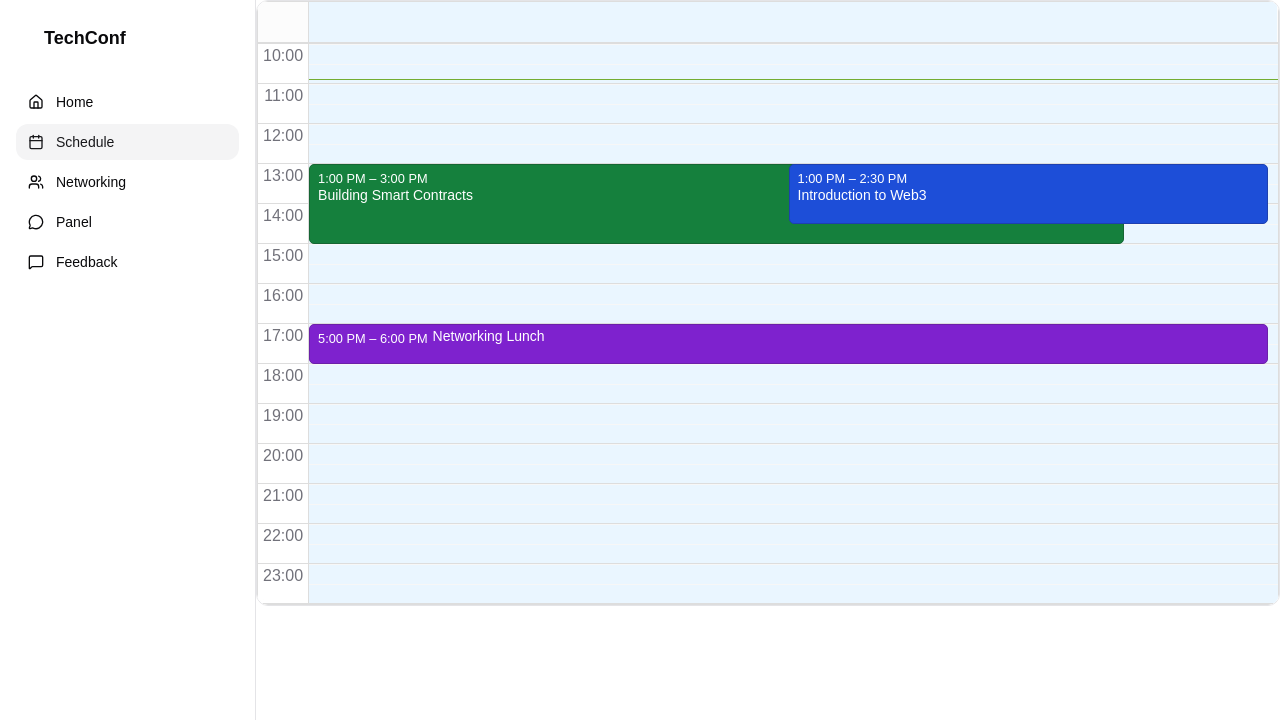
Repository: mrnavdal/symposium-2024
Page: /schedule (app in symposium24/)
These files come from the project's save history. The page is drawn as it stood at one moment and after the next save; the edit follows.
The browser window is 1280 px wide. The pictures show the whole page.
The project was rebuilt for these pictures with package versions that can differ from the ones it lists, and the page was loaded fresh each time. The framework's server and built-in components were replaced by stand-ins that run in the browser. Also part of the build but not shown: symposium24/next.config.ts.

Above is the page before, as saved 2024-11-08 14:40:52.

### symposium24/src/app/layout.tsx
import type { Metadata } from "next";
import localFont from "next/font/local";
import { ThemeProvider } from "@/components/ThemeProvider";
import { Navigation } from "@/components/Navigation";
import "./globals.css";
import '@/styles/calendar.css'

const geistSans = localFont({
  src: "./fonts/GeistVF.woff",
  variable: "--font-geist-sans",
  weight: "100 900",
});
const geistMono = localFont({
  src: "./fonts/GeistMonoVF.woff",
  variable: "--font-geist-mono",
  weight: "100 900",
});

export const metadata: Metadata = {
  title: "TechConf 2024",
  description: "Conference schedule and information",
};

export default function RootLayout({
  children,
}: Readonly<{
  children: React.ReactNode;
}>) {
  return (
    <html lang="en" suppressHydrationWarning>
      <body className={`${geistSans.variable} ${geistMono.variable} antialiased min-h-screen m-0 p-0`}>
        <ThemeProvider
          attribute="class"
          defaultTheme="system"
          enableSystem
          disableTransitionOnChange
        >
          <Navigation />
          <main className="pb-0 md:pb-0 md:pl-64">
            {children}
          </main>
        </ThemeProvider>
      </body>
    </html>
  );
}

### symposium24/src/app/schedule/page.tsx
import { Calendar } from '@/components/Calendar'
import { PageTransition } from '@/components/PageTransition'
import { events } from '@/data/events'

export default function SchedulePage() {
  return (
    <PageTransition>

        <div className="h-full rounded-lg overflow-hidden border bg-card/50">
          <Calendar events={events} />
        </div>

    </PageTransition>
  )
}

### symposium24/src/components/ThemeProvider.tsx
'use client'

import * as React from 'react'
import { ThemeProvider as NextThemesProvider } from 'next-themes'

interface ThemeProviderProps {
  children: React.ReactNode
  attribute?: string
  defaultTheme?: string
  enableSystem?: boolean
  disableTransitionOnChange?: boolean
}

export function ThemeProvider({
  children,
  attribute,
  defaultTheme,
  enableSystem,
  disableTransitionOnChange,
}: ThemeProviderProps) {
  return (
    <NextThemesProvider
      attribute={attribute as 'class' | 'data-theme'}
      defaultTheme={defaultTheme}
      enableSystem={enableSystem}
      disableTransitionOnChange={disableTransitionOnChange}
    >
      {children}
    </NextThemesProvider>
  )
}

### symposium24/src/components/Navigation.tsx
'use client'

import { usePathname } from 'next/navigation'
import Link from 'next/link'
import { cn } from '@/lib/utils'
import {
  Home,
  Calendar,
  Users,
  MessageCircle,
  MessageSquare,
  LucideIcon
} from 'lucide-react'

interface NavItem {
  href: string
  label: string
  icon: LucideIcon
}

const navItems: NavItem[] = [
  { href: '/', label: 'Home', icon: Home },
  { href: '/schedule', label: 'Schedule', icon: Calendar },
  { href: '/networking', label: 'Networking', icon: Users },
  { href: '/discussion', label: 'Panel', icon: MessageCircle },
  { href: '/feedback', label: 'Feedback', icon: MessageSquare },
]

export function Navigation() {
  const pathname = usePathname()

  return (
    <>
      {/* Desktop Side Navigation */}
      <nav className="hidden md:flex fixed left-0 top-0 h-screen w-64 border-r bg-background p-4">
        <div className="space-y-4 w-full">
          <div className="px-3 py-2">
            <h2 className="mb-2 px-4 text-lg font-semibold">TechConf</h2>
          </div>
          <div className="space-y-1">
            {navItems.map((item) => (
              <Link
                key={item.href}
                href={item.href}
                className={cn(
                  'flex items-center gap-3 rounded-lg px-3 py-2 text-sm transition-colors',
                  pathname === item.href
                    ? 'bg-secondary text-secondary-foreground'
                    : 'hover:bg-secondary/80'
                )}
              >
                <item.icon className="h-4 w-4" />
                {item.label}
              </Link>
            ))}
          </div>
        </div>
      </nav>

      {/* Mobile Bottom Navigation */}
      <nav className="md:hidden fixed bottom-0 left-0 right-0 border-t bg-background z-50">
        <div className="flex items-center justify-around">
          {navItems.map((item) => (
            <Link
              key={item.href}
              href={item.href}
              className={cn(
                'flex flex-col items-center gap-1 p-3 text-xs',
                pathname === item.href
                  ? 'text-primary'
                  : 'text-muted-foreground'
              )}
            >
              <item.icon className="h-5 w-5" />
              <span>{item.label}</span>
            </Link>
          ))}
        </div>
      </nav>

      {/* Content Padding for Mobile Bottom Nav */}
      <div className="pb-4 md:pb-0 md:pl-64">
        {/* This div wraps the main content to provide padding */}
      </div>
    </>
  )
}

### symposium24/src/app/globals.css
@tailwind base;
@tailwind components;
@tailwind utilities;

body {
  font-family: Arial, Helvetica, sans-serif;
  margin: 0;
  padding: 0;
}

@layer base {
  :root {
    --background: 0 0% 100%;
    --foreground: 240 10% 3.9%;
    --card: 0 0% 100%;
    --card-foreground: 240 10% 3.9%;
    --popover: 0 0% 100%;
    --popover-foreground: 240 10% 3.9%;
    --primary: 240 5.9% 10%;
    --primary-foreground: 0 0% 98%;
    --secondary: 240 4.8% 95.9%;
    --secondary-foreground: 240 5.9% 10%;
    --muted: 240 4.8% 95.9%;
    --muted-foreground: 240 3.8% 46.1%;
    --accent: 240 4.8% 95.9%;
    --accent-foreground: 240 5.9% 10%;
    --destructive: 0 84.2% 60.2%;
    --destructive-foreground: 0 0% 98%;
    --leading-text: 240 25% 24%;
    --border: 240 5.9% 90%;
    --input: 240 5.9% 90%;
    --ring: 240 5.9% 10%;
    --chart-1: 12 76% 61%;
    --chart-2: 173 58% 39%;
    --chart-3: 197 37% 24%;
    --chart-4: 43 74% 66%;
    --chart-5: 27 87% 67%;
    --radius: 0.75rem;
  }
  .dark {
    --background: 230 25% 24%;
    --foreground: 0 0% 98%;
    --card: 0 0% 90%;
    --card-foreground: 230 25% 24%;;
    --popover: 240 10% 3.9%;
    --popover-foreground: 0 0% 98%;
    --primary: 0 0% 98%;
    --primary-foreground: 240 5.9% 10%;
    --secondary: 240 3.7% 15.9%;
    --secondary-foreground: 0 0% 98%;
    --muted: 240 3.7% 15.9%;
    --muted-foreground: 230 25% 24%;
    --accent: 240 3.7% 15.9%;
    --accent-foreground: 0 0% 98%;
    --destructive: 0 62.8% 30.6%;
    --destructive-foreground: 0 0% 98%;
    --border: 240 3.7% 15.9%;
    --input: 240 3.7% 15.9%;
    --ring: 240 4.9% 83.9%;
    --chart-1: 220 70% 50%;
    --chart-2: 160 60% 45%;
    --chart-3: 30 80% 55%;
    --chart-4: 280 65% 60%;
    --chart-5: 340 75% 55%;
    --leading-text: 230 25% 24%;
  }
}

@layer base {
  * {
    @apply border-border;
  }
  body {
    @apply bg-background text-foreground;
  }
}

.page {
  margin-top: 0;
}

### symposium24/src/styles/calendar.css
/* Dark mode styles */
.rbc-calendar-dark {
  @apply text-white;
}

.rbc-calendar-dark .rbc-header {
  @apply bg-muted/50 border-border text-muted-foreground font-medium;
}

.rbc-calendar-dark .rbc-time-view {
  @apply border-border bg-card/50 backdrop-blur-sm;
}

.rbc-calendar-dark .rbc-time-header {
  @apply bg-muted/50 border-border;
}

.rbc-calendar-dark .rbc-time-content {
  @apply border-border;
}

.rbc-calendar-dark .rbc-time-slot {
  @apply text-muted-foreground;
}

.rbc-calendar-dark .rbc-today {
  @apply bg-muted/50;
}

.rbc-calendar-dark .rbc-current-time-indicator {
  @apply bg-primary;
}

/* General styles */
.rbc-header {
  @apply py-3 font-medium text-muted-foreground border-border bg-muted/30;
}

.rbc-time-view {
  @apply border-border bg-card/50 backdrop-blur-sm;
}

.rbc-time-header {
  @apply border-border bg-muted/30;
}

.rbc-time-content {
  @apply border-border;
}

.rbc-event {
  @apply rounded-md border shadow-sm;
}

.rbc-event-content {
  @apply text-sm font-medium;
}

.rbc-today {
  @apply bg-muted/30;
}

.rbc-current-time-indicator {
  @apply bg-primary;
}

.rbc-toolbar {
  @apply mb-4;
}

.rbc-toolbar button {
  @apply rounded-md border-border bg-card hover:bg-muted/50 transition-colors;
}

.rbc-toolbar button.rbc-active {
  @apply bg-primary text-primary-foreground hover:bg-primary/90;
}

.rbc-time-slot {
  @apply text-muted-foreground;
}

### symposium24/src/components/Calendar.tsx
'use client'

import { Calendar as BigCalendar, momentLocalizer, View } from 'react-big-calendar'
import moment from 'moment'
import { CalendarEvent } from '@/types/event'
import { cn } from '@/lib/utils'
import { useTheme } from 'next-themes'
import { useMemo } from 'react'

import 'react-big-calendar/lib/css/react-big-calendar.css'

const localizer = momentLocalizer(moment)

const eventStyleGetter = (event: CalendarEvent) => {
  const isPast = moment(event.end).isBefore(moment())
  const isOngoing = moment().isBetween(event.start, event.end)

  const colors = {
    workshop: { bg: '#15803d', border: '#166534' },  // green-700, green-800
    lecture: { bg: '#1d4ed8', border: '#1e40af' },   // blue-700, blue-800
    networking: { bg: '#7e22ce', border: '#6b21a8' }, // purple-700, purple-800
  }[event.type] || { bg: '#3b82f6', border: '#2563eb' }  // blue-500, blue-600

  return {
    className: cn(
      'rounded-md border backdrop-blur-sm transition-colors',
      isPast && 'opacity-50 hover:opacity-70',
      isOngoing && 'ring-2 ring-yellow-400/50 shadow-lg'
    ),
    style: {
      backgroundColor: colors.bg,
      borderColor: colors.border,
      padding: '4px 8px',
    }
  }
}

interface CalendarProps {
  events: CalendarEvent[]
}
export function Calendar({ events }: CalendarProps) {
  const { theme } = useTheme()

  console.log('Calendar events:', events)

  const calendarProps = useMemo(() => ({
    className: cn(
      theme === 'dark' ? 'bg-background' : 'bg-background',
    ),
    min: new Date(2024, 10, 8, 10, 0),
    max: new Date(2024, 10, 8, 23, 59),
    formats: {
      timeGutterFormat: (date: Date) => moment(date).format('HH:mm'),
    },
    localizer,
    events,
    defaultView: 'day' as View,
    views: ['day'] as View[],
    step: 30,
    timeslots: 2,
    eventPropGetter: eventStyleGetter,
    tooltipAccessor: (event: CalendarEvent) =>
      `${event.title}\nLocation: ${event.location}\nSpeaker: ${event.speaker}`,
    toolbar: false
  }), [events, theme])

  return <BigCalendar {...calendarProps} />
}

### symposium24/src/components/PageTransition.tsx
'use client'

import { motion } from 'framer-motion'
import { fadeIn } from '@/lib/animations'

interface PageTransitionProps {
  children: React.ReactNode
  className?: string
}

export function PageTransition({ children, className }: PageTransitionProps) {
  return (
    <motion.div
      variants={fadeIn}
      initial="initial"
      animate="animate"
      exit="exit"
      className={className}
    >
      {children}
    </motion.div>
  )
}

### symposium24/src/data/events.ts
import { CalendarEvent } from '@/types/event'

export const events: CalendarEvent[] = [
  {
    id: '1',
    title: 'Introduction to Web3',
    type: 'lecture',
    start: new Date(2024, 10, 8, 13, 0),
    end: new Date(2024, 10, 8, 14, 30),
    speaker: 'Jane Smith',
    location: 'Main Hall',
    description: 'An overview of Web3 technologies and their impact on the future of the internet.'
  },
  {
    id: '2',
    title: 'Building Smart Contracts',
    type: 'workshop',
    start: new Date(2024, 10, 8, 13, 0),
    end: new Date(2024, 10, 8, 15, 0),
    speaker: 'John Doe',
    location: 'Workshop Room A',
    description: 'Hands-on workshop on creating and deploying smart contracts.'
  },
  {
    id: '3',
    title: 'Networking Lunch',
    type: 'networking',
    start: new Date(2024, 10, 8, 17, 0),
    end: new Date(2024, 10, 8, 18, 0),
    speaker: '',
    location: 'Dining Hall',
    description: 'Network with fellow attendees over lunch.'
  }
]

### symposium24/src/lib/animations.ts
export const fadeIn = {
  initial: { opacity: 0, y: 20 },
  animate: { opacity: 1, y: 0 },
  exit: { opacity: 0, y: 20 }
}

export const staggerContainer = {
  animate: {
    transition: {
      staggerChildren: 0.1
    }
  }
}

export const slideIn = {
  initial: { x: -20, opacity: 0 },
  animate: { x: 0, opacity: 1 },
  exit: { x: 20, opacity: 0 }
}

export const scaleIn = {
  initial: { scale: 0.9, opacity: 0 },
  animate: { scale: 1, opacity: 1 },
  exit: { scale: 0.9, opacity: 0 }
}

### symposium24/tailwind.config.ts
import type { Config } from "tailwindcss";

export default {
    darkMode: ["class"],
    content: [
    "./src/pages/**/*.{js,ts,jsx,tsx,mdx}",
    "./src/components/**/*.{js,ts,jsx,tsx,mdx}",
    "./src/app/**/*.{js,ts,jsx,tsx,mdx}",
  ],
  theme: {
  	extend: {
  		colors: {
  			background: 'hsl(var(--background))',
  			foreground: 'hsl(var(--foreground))',
  			card: {
  				DEFAULT: 'hsl(var(--card))',
  				foreground: 'hsl(var(--card-foreground))'
  			},
  			popover: {
  				DEFAULT: 'hsl(var(--popover))',
  				foreground: 'hsl(var(--popover-foreground))'
  			},
  			primary: {
  				DEFAULT: 'hsl(var(--primary))',
  				foreground: 'hsl(var(--primary-foreground))'
  			},
  			secondary: {
  				DEFAULT: 'hsl(var(--secondary))',
  				foreground: 'hsl(var(--secondary-foreground))'
  			},
  			muted: {
  				DEFAULT: 'hsl(var(--muted))',
  				foreground: 'hsl(var(--muted-foreground))'
  			},
  			accent: {
  				DEFAULT: 'hsl(var(--accent))',
  				foreground: 'hsl(var(--accent-foreground))'
  			},
  			destructive: {
  				DEFAULT: 'hsl(var(--destructive))',
  				foreground: 'hsl(var(--destructive-foreground))'
  			},
  			border: 'hsl(var(--border))',
  			input: 'hsl(var(--input))',
  			ring: 'hsl(var(--ring))',
  			chart: {
  				'1': 'hsl(var(--chart-1))',
  				'2': 'hsl(var(--chart-2))',
  				'3': 'hsl(var(--chart-3))',
  				'4': 'hsl(var(--chart-4))',
  				'5': 'hsl(var(--chart-5))'
  			},
  			green: {
  				500: '#22c55e', // Zelená
  				600: '#16a34a', // Tmavší zelená
  			},
  			yellow: {
  				500: '#facc15', // Žlutá
  				600: '#eab308', // Tmavší žlutá
  			},
  			red: {
  				500: '#ef4444', // Červená
  				600: '#dc2626', // Tmavší červená
  			},
  		},
  		borderRadius: {
  			lg: 'var(--radius)',
  			md: 'calc(var(--radius) - 2px)',
  			sm: 'calc(var(--radius) - 4px)'
  		}
  	}
  },
  plugins: [
    require("tailwindcss-animate"),
    require('@tailwindcss/typography'),
  ],
} satisfies Config;

Loaded but not shown: symposium24/src/lib/utils.ts (common file)

After the next save:
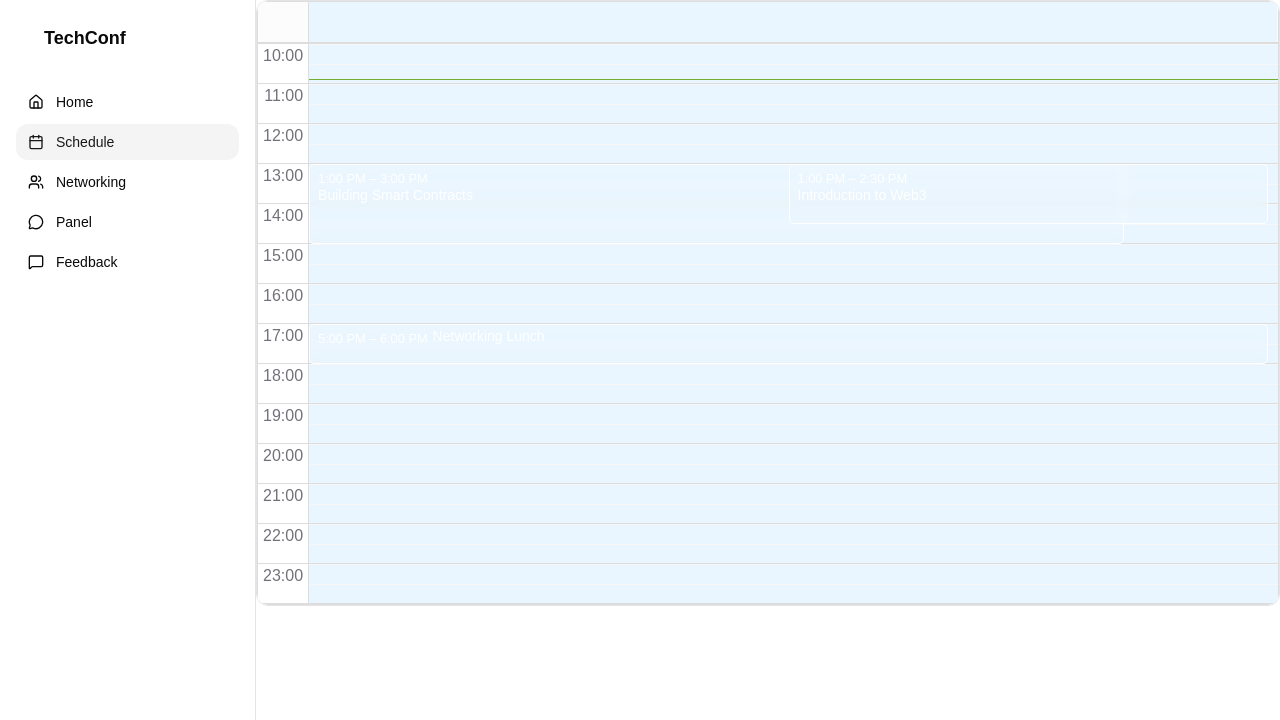
Saved 51 s later.
--- a/symposium24/src/components/Calendar.tsx
+++ b/symposium24/src/components/Calendar.tsx
@@ -16,10 +16,10 @@
   const isOngoing = moment().isBetween(event.start, event.end)
 
   const colors = {
-    workshop: { bg: '#15803d', border: '#166534' },  // green-700, green-800
-    lecture: { bg: '#1d4ed8', border: '#1e40af' },   // blue-700, blue-800
-    networking: { bg: '#7e22ce', border: '#6b21a8' }, // purple-700, purple-800
-  }[event.type] || { bg: '#3b82f6', border: '#2563eb' }  // blue-500, blue-600
+    workshop: { bg: 'var(--primary)', border: 'var(--primary-foreground)' },
+    lecture: { bg: 'var(--secondary)', border: 'var(--secondary-foreground)' },
+    networking: { bg: 'var(--accent)', border: 'var(--accent-foreground)' },
+  }[event.type] || { bg: 'var(--background)', border: 'var(--border)' }
 
   return {
     className: cn(

After the save that followed:
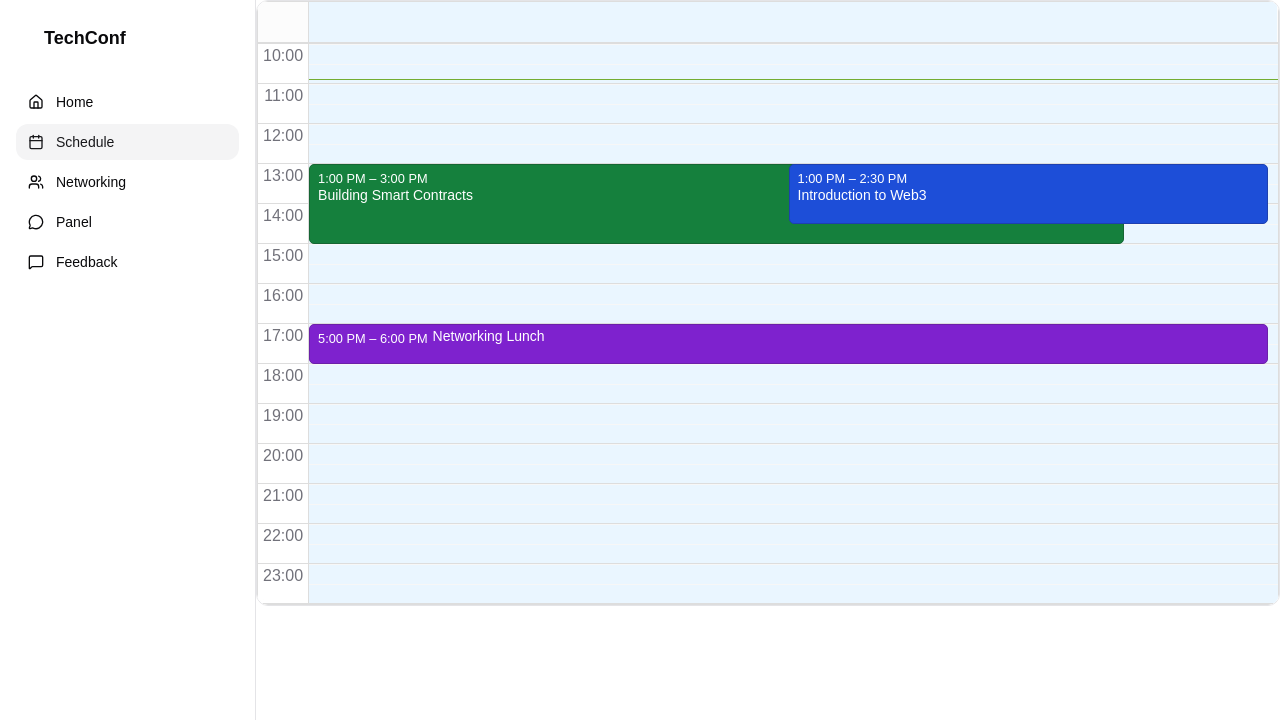
Saved 8 s later.
--- a/symposium24/src/components/Calendar.tsx
+++ b/symposium24/src/components/Calendar.tsx
@@ -16,10 +16,10 @@
   const isOngoing = moment().isBetween(event.start, event.end)
 
   const colors = {
-    workshop: { bg: 'var(--primary)', border: 'var(--primary-foreground)' },
-    lecture: { bg: 'var(--secondary)', border: 'var(--secondary-foreground)' },
-    networking: { bg: 'var(--accent)', border: 'var(--accent-foreground)' },
-  }[event.type] || { bg: 'var(--background)', border: 'var(--border)' }
+    workshop: { bg: '#15803d', border: '#166534' },  // green-700, green-800
+    lecture: { bg: '#1d4ed8', border: '#1e40af' },   // blue-700, blue-800
+    networking: { bg: '#7e22ce', border: '#6b21a8' }, // purple-700, purple-800
+  }[event.type] || { bg: '#3b82f6', border: '#2563eb' }  // blue-500, blue-600
 
   return {
     className: cn(
